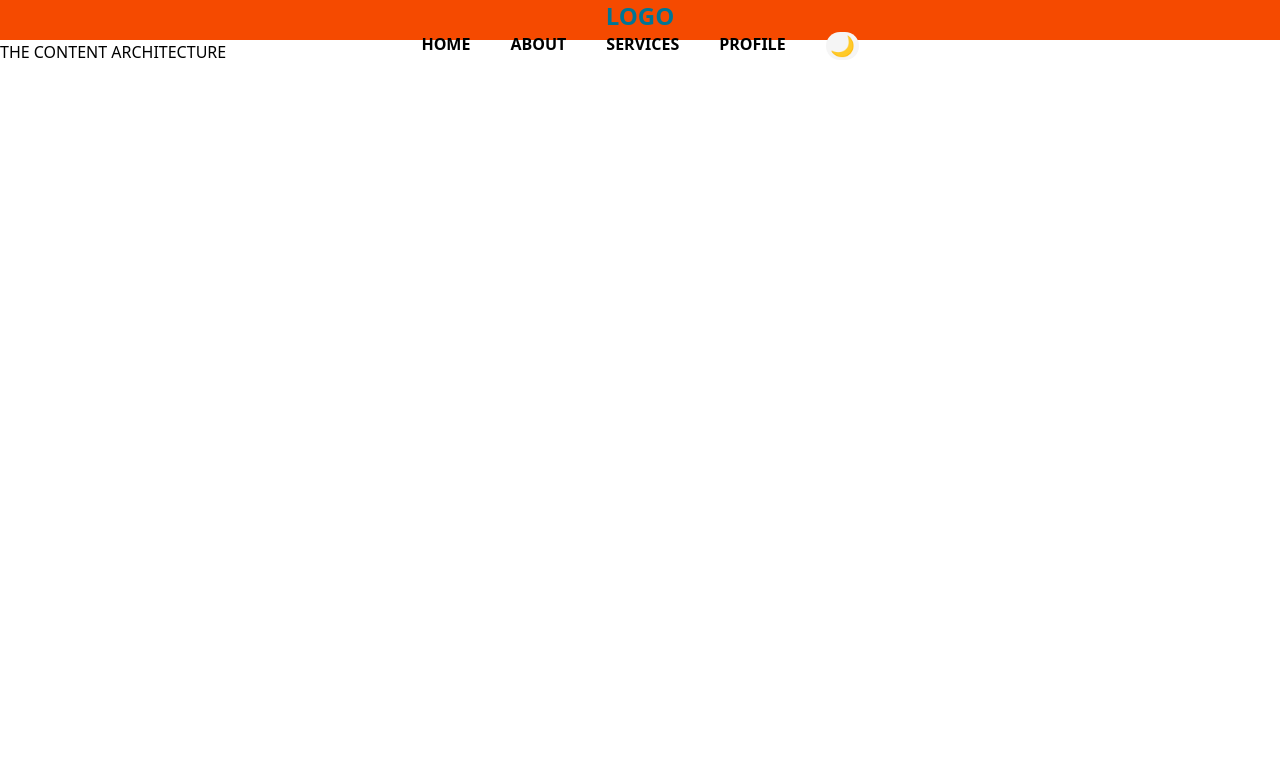
Repository: ajay-maurya-dev/Login
Page: /
These files come from the project's save history. The page is drawn as it stood at one moment and after the next save; the edit follows.
The browser window is 1280 px wide. The pictures show the whole page.
The project was rebuilt for these pictures with package versions that can differ from the ones it lists, and the page was loaded fresh each time. Also part of the build but not shown: vite.config.js.

Above is the page before, as saved 2026-10-23 16:09:06.

### index.html
<!doctype html>
<html lang="en">
  <head>
    <meta charset="UTF-8" />
    <link rel="icon" type="image/svg+xml" href="/favicon.svg" />
    <meta name="viewport" content="width=device-width, initial-scale=1.0" />
    <title>homepage</title>
  </head>
  <body>
    <div id="root"></div>
    <script type="module" src="/src/main.jsx"></script>
  </body>
</html>

### src/main.jsx
import { StrictMode } from 'react'
import { createRoot } from 'react-dom/client'
import './index.css'
import App from './App.jsx'
import Navbar from './components/Navbar.jsx'

createRoot(document.getElementById('root')).render(
  <StrictMode>
    <Navbar/>
    <App />
  </StrictMode>,
)

### src/App.jsx
function App() {
  return (
    <div className="h-screen w-screen dark:bg-black dark:text-white">

      <footer>
        <h1>THE CONTENT ARCHITECTURE</h1>
      </footer>
    </div>
  );
}

export default App;

### src/components/Navbar.jsx

import Dark from "./Dark";

function Navbar() {


  return (
    <nav className="md:flex items-center w-full md:h-10 md:w-full px-10 dark:bg-black dark:text-white md:bg-orange-600 sm:h-50 sm:w-1/2 sm:flex-col">
      <div className=" flex-1 text-2xl text-cyan-700 font-extrabold">LOGO</div>
      <div className="flex flex-1 gap-10 test-2xl font-bold">
        <h3 className="cursor-pointer hover:text-cyan-500 active:scale-95 ">
          HOME
        </h3>
        <h3 className="cursor-pointer hover:text-cyan-500 active:scale-95">
          ABOUT
        </h3>
        <h3 className="cursor-pointer hover:text-cyan-500 active:scale-95">
          SERVICES
        </h3>
        <h3 className="cursor-pointer hover:text-cyan-500 active:scale-95">
          PROFILE
        </h3>
        <Dark/>
      </div>
    </nav>
  );
}

export default Navbar;

### src/components/Dark.jsx
import { useState, useEffect } from "react";

export default function Dark() {
  const [isDark, setIsDark] = useState(false);

  // Sync the true/false state to the HTML document tag
  useEffect(() => {
    const root = window.document.documentElement;
    if (isDark) {
      root.classList.add("dark");
    } else {
      root.classList.remove("dark");
    }
  }, [isDark]);

  return (
    <button
      className="px-1 text-xl rounded-full bg-neutral-100 dark:bg-neutral-800 transition-colors duration-200"
      onClick={() => setIsDark((prev) => !prev)}
    >
      {isDark ? "☀️" : "🌙"}
    </button>
  );
}

Loaded but not shown: src/index.css (common file)

After the next save:
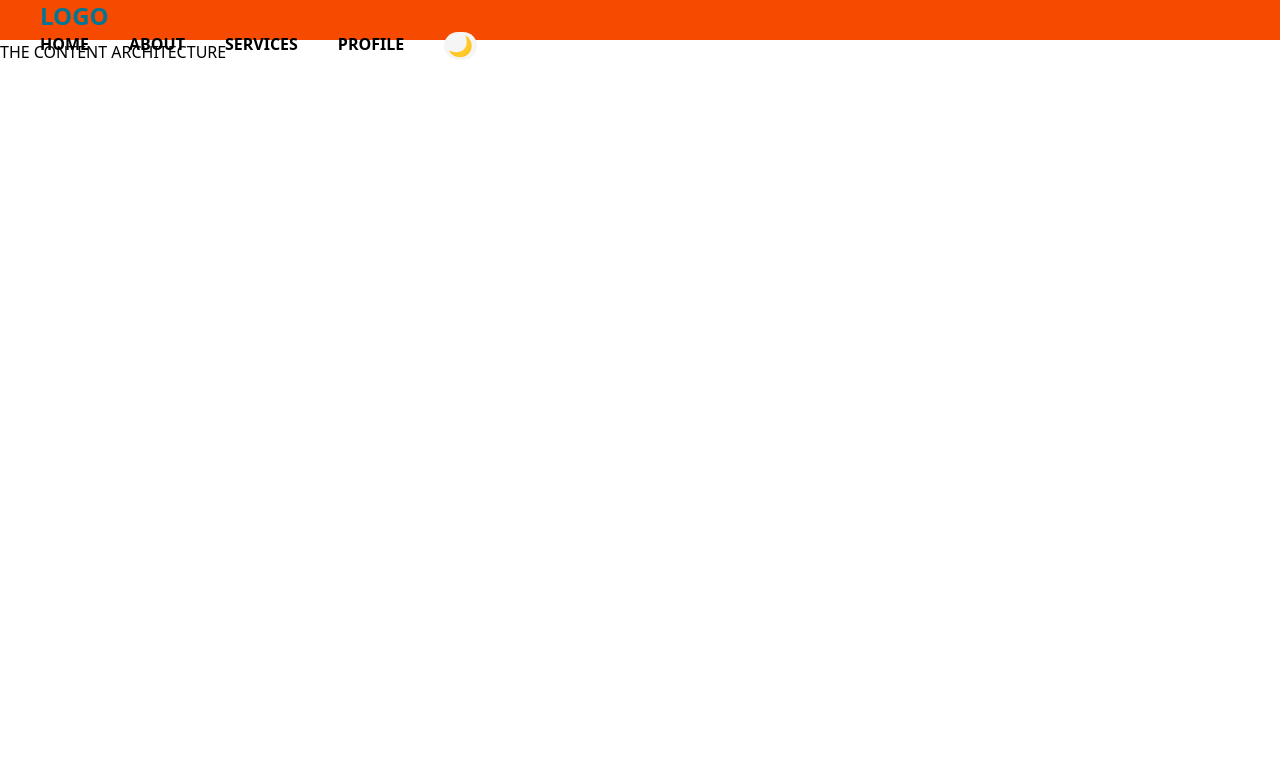
Saved 7 s later.
--- a/src/components/Navbar.jsx
+++ b/src/components/Navbar.jsx
@@ -5,7 +5,7 @@ function Navbar() {
 
 
   return (
-    <nav className="md:flex items-center w-full md:h-10 md:w-full px-10 dark:bg-black dark:text-white md:bg-orange-600 sm:h-50 sm:w-1/2 sm:flex-col">
+    <nav className="md:flex-row items-center w-full md:h-10 md:w-full px-10 dark:bg-black dark:text-white md:bg-orange-600 sm:h-50 sm:w-1/2 sm:flex-col">
       <div className=" flex-1 text-2xl text-cyan-700 font-extrabold">LOGO</div>
       <div className="flex flex-1 gap-10 test-2xl font-bold">
         <h3 className="cursor-pointer hover:text-cyan-500 active:scale-95 ">
